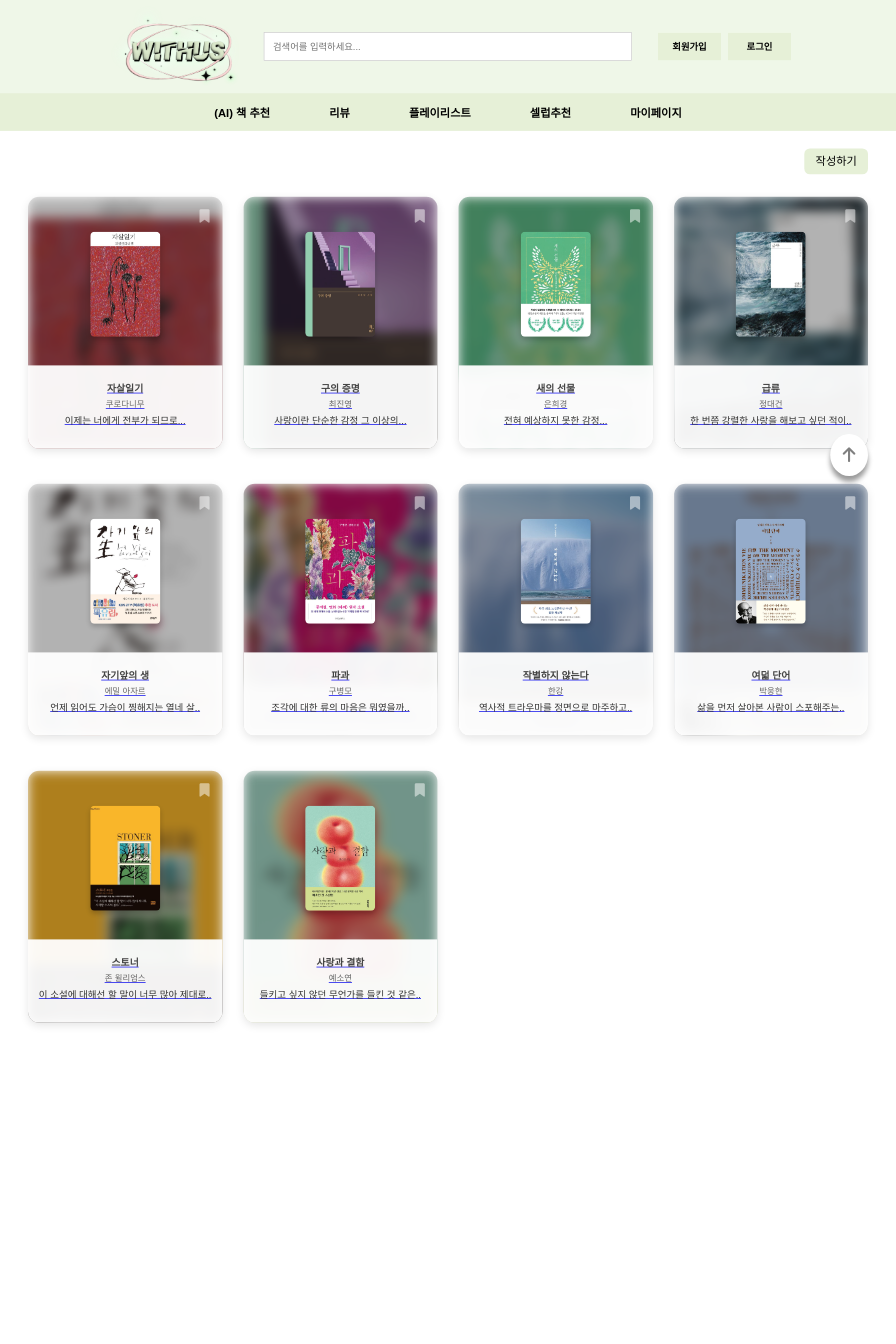
Repository: book-recommendation-team/book_recommendation_web_project
Page: http://localhost/2025_teamproject/reviewList
An editor plug-in stored every save of this project. The page is shown before and after the next save, followed by the edit.
The browser window is 1280 px wide. The pictures show the part of the page from y = 0 to 1920 px (the page is 3626 px tall before and 4446 px after), at 70% of full size.
The page is served by Tomcat 9.

Above is the page before, as saved 2025-07-03 06:10:27.

After the next save:
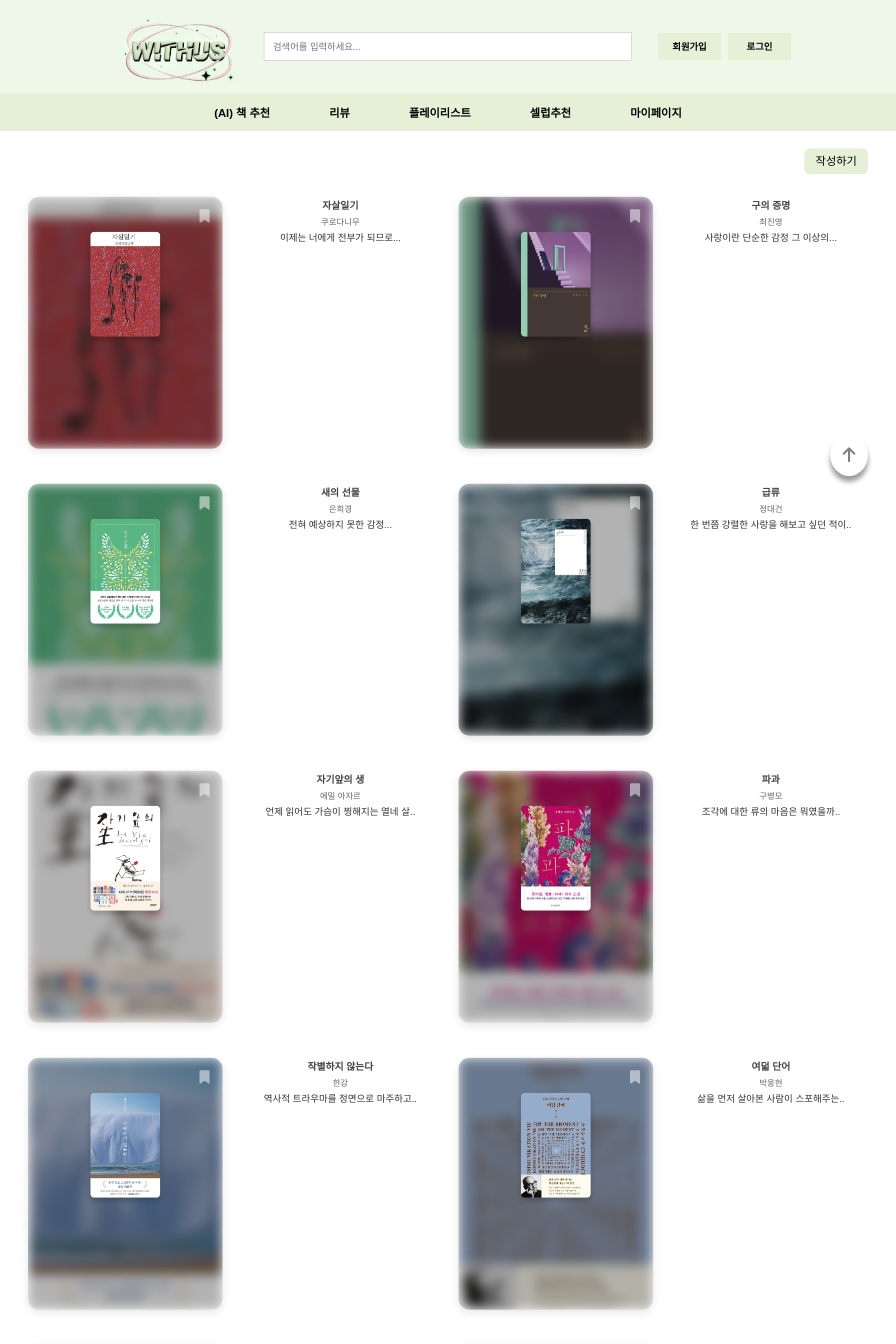
Saved 88 s later.
--- a/2025_teamproject/src/main/webapp/reviewList.jsp
+++ b/2025_teamproject/src/main/webapp/reviewList.jsp
@@ -49,12 +49,13 @@
 					<i class="fas fa-bookmark bookmark-icon"></i> <img class="bg-img"
 						src="${review.coverImageUrl}" alt="배경" /> <img class="cover-img"
 						src="${review.coverImageUrl}" alt="표지" />
+						</a>
 					<div class="card-content">
 						<div class="book-title">${review.title}</div>
 						<div class="book-author">${review.author}</div>
 						<div class="review-preview">${review.reviewText}</div>
 					</div>
-					</a>
+
 			</c:forEach>
 		</div>
 		<div style="height: 2000px;"></div>

After the 2 saves that followed:
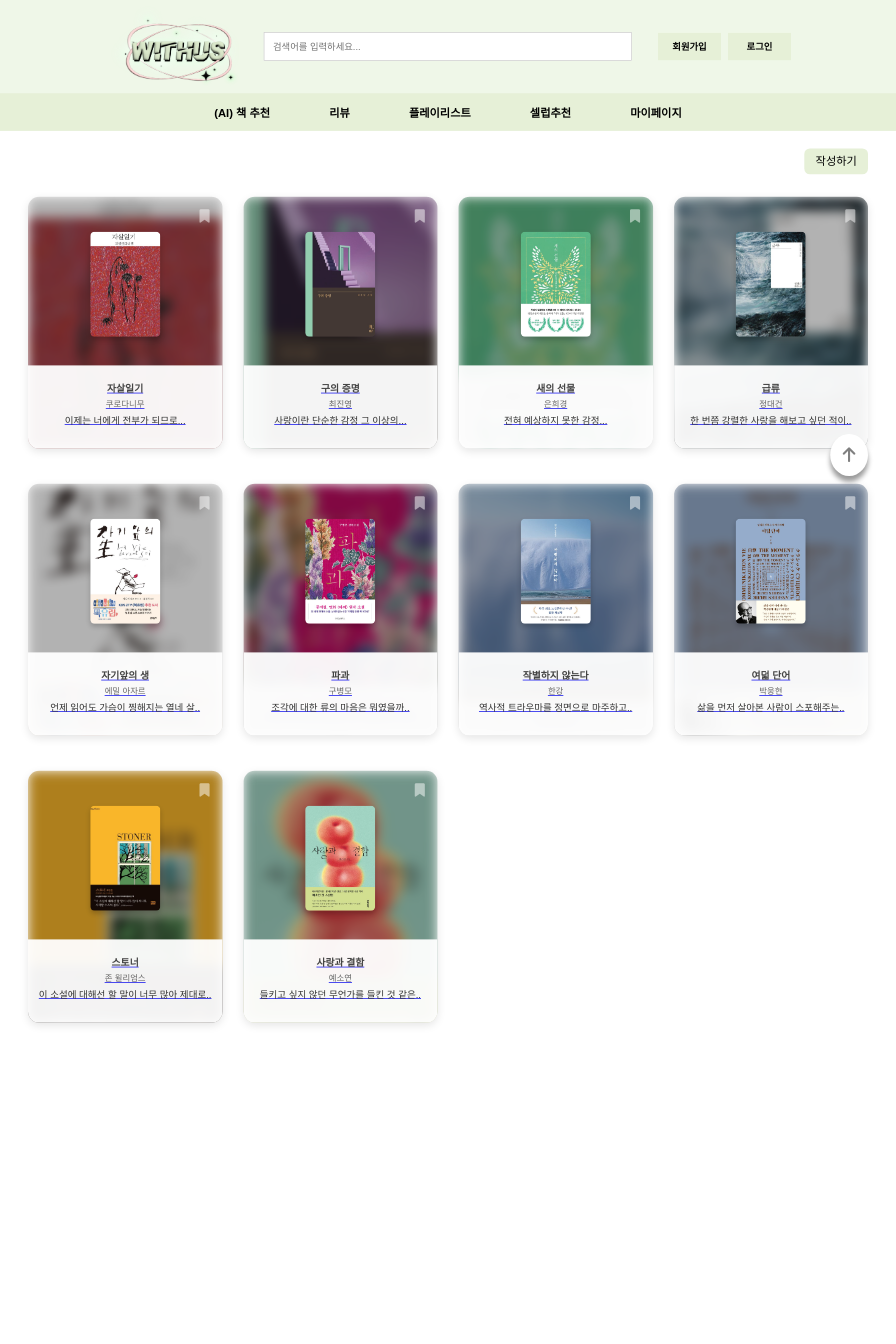
The 2 saves are shown as one change because they came seconds apart.
The last was saved 19 s later.
--- a/2025_teamproject/src/main/webapp/reviewList.jsp
+++ b/2025_teamproject/src/main/webapp/reviewList.jsp
@@ -49,13 +49,13 @@
 					<i class="fas fa-bookmark bookmark-icon"></i> <img class="bg-img"
 						src="${review.coverImageUrl}" alt="배경" /> <img class="cover-img"
 						src="${review.coverImageUrl}" alt="표지" />
-						</a>
+
 					<div class="card-content">
 						<div class="book-title">${review.title}</div>
 						<div class="book-author">${review.author}</div>
 						<div class="review-preview">${review.reviewText}</div>
 					</div>
-
+					</a>
 			</c:forEach>
 		</div>
 		<div style="height: 2000px;"></div>
